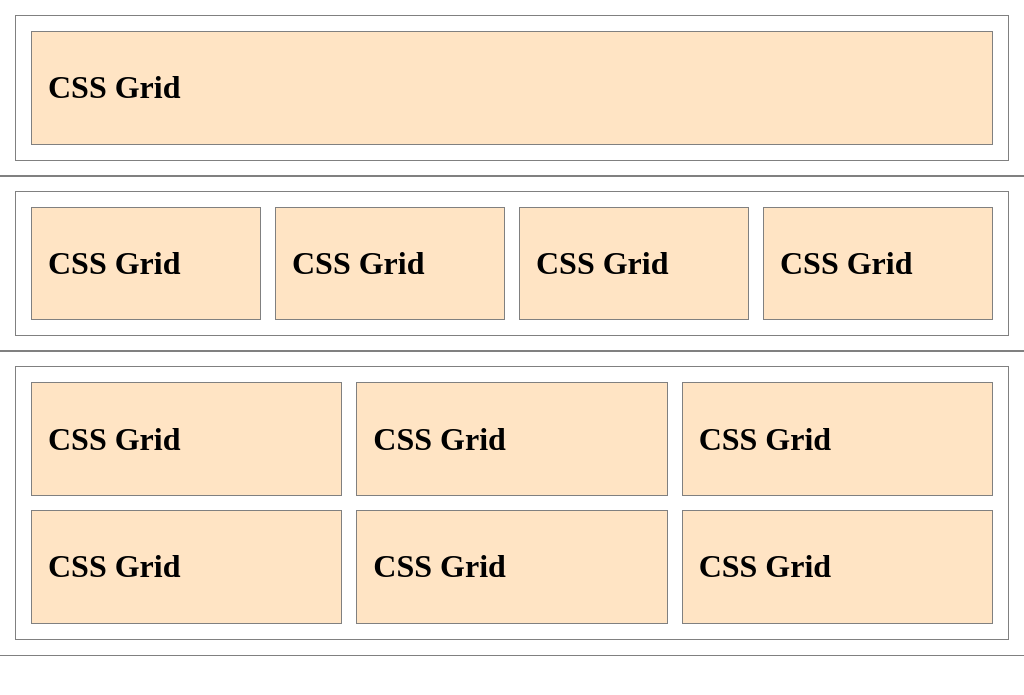
Repository: jjennbui/MDIA2003G-Assignment03B
Page: index.html
An editor plug-in stored every save of this project. The page is shown before and after a run of saves, followed by the edit.
The browser window is 1024 px wide. The pictures show the whole page.

Above is the page before, as saved 2023-01-24 19:44:00.

### index.html
<!doctype html>
<html class="no-js" lang="">

<head>
  <meta charset="utf-8">
  <title></title>
  <meta name="description" content="">
  <meta name="viewport" content="width=device-width, initial-scale=1">

  <meta property="og:title" content="">
  <meta property="og:type" content="">
  <meta property="og:url" content="">
  <meta property="og:image" content="">

  <link rel="manifest" href="site.webmanifest">
  <link rel="apple-touch-icon" href="icon.png">
  <!-- Place favicon.ico in the root directory -->

  <link rel="stylesheet" href="css/normalize.css">
  <link rel="stylesheet" href="css/main.css">

  <meta name="theme-color" content="#fafafa">
</head>

<body>

  <div class="SECTION-ONE">
    <div class="row">
      <div class="col">
        <h1>CSS Grid</h1>
      </div>
    </div>
  </div>

  <div class="SECTION-TWO">
    <div class="row m-row-2">
      <div class="col">
        <h1>CSS Grid</h1>
      </div>
      <div class="col">
        <h1>CSS Grid</h1>
      </div>
      <div class="col">
        <h1>CSS Grid</h1>
      </div>
      <div class="col">
        <h1>CSS Grid</h1>
      </div>
    </div>
  </div>

<div class="SECTION-THREE">
  <div class="row m-row-3">
    <div class="col m-row-span">
      <h1>CSS Grid</h1>
    </div>
    <div class="col">
      <h1>CSS Grid</h1>
    </div>
    <div class="col">
      <h1>CSS Grid</h1>
    </div>
    <div class="col">
      <h1>CSS Grid</h1>
    </div>
    <div class="col">
      <h1>CSS Grid</h1>
    </div>
    <div class="col">
      <h1>CSS Grid</h1>
    </div>
  </div>
</div>

</body>

</html>

### css/main.css














*,
*:before,
*:after {
  box-sizing: border-box;
}

img{
  width: 100%;
}




div,
main,
section,
footer,
main,
header {
  outline: 1px solid grey;
  min-height: 1rem;
  padding: 1rem;

}

.row{
  display: grid;
  row-gap: 1rem;

}

.col{
  position: relative;
  background-color: bisque;
}

.row{
  max-width: 200rem;
  column-gap: 1rem;
  row-gap: 1rem;
}

/* Small only */
@media screen and (max-width: 39.9375em) {}

/* Medium and up */
@media screen and (min-width: 40em) {

  .m-row-2{
    grid-template-columns: 1fr 1fr;
  }

  .m-row-3{
    grid-template-columns: repeat(3, 1fr);
  }

}


/* Medium only */
@media screen and (min-width: 40em) and (max-width: 63.9375em) {}

/* Large and up */
@media screen and (min-width: 64em) {
  .m-row-2{
    grid-template-columns: repeat(4, 1fr);
  }

  .m-row-3 col{
    grid-template-columns: repeat(6, 1fr) ;
  }


}

/* Large only */
@media screen and (min-width: 64em) and (max-width: 74.9375em) {
.m-row-3{
  gr
}
}

Loaded but not shown: css/normalize.css (library)

After the next 3 saves:
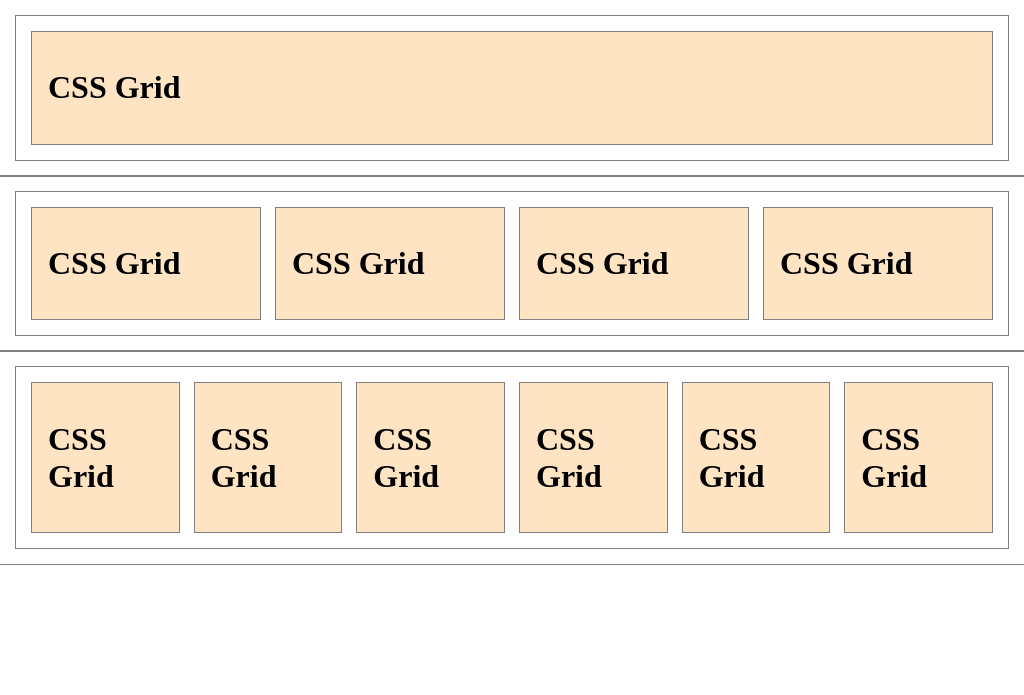
The 3 saves are shown as one change because they came seconds apart.
The last was saved 12 s later.
--- a/css/main.css
+++ b/css/main.css
@@ -90,6 +90,6 @@ header {
 /* Large only */
 @media screen and (min-width: 64em) and (max-width: 74.9375em) {
 .m-row-3{
-  gr
+  grid-template-columns: repeat(6, 1fr);
 }
 }
